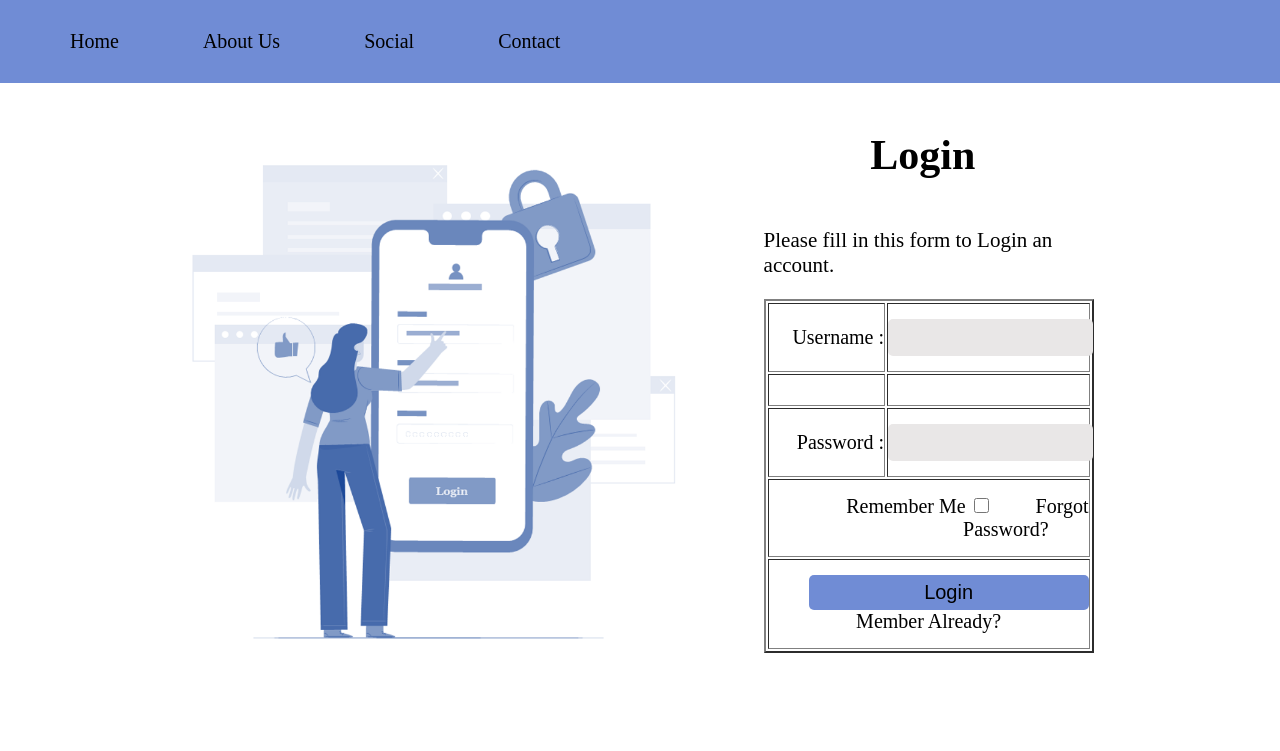
Repository: armanali13000/JAVA_CRUD
Page: http://localhost/CRUD_APP/Login.jsp
An editor plug-in stored every save of this project. The page is shown before and after the next save, followed by the edit.
The browser window is 1280 px wide. The pictures show the whole page.
The page is served by Tomcat 9.

Above is the page before, as saved 2023-03-04 14:52:22.

### CRUD_APP/src/main/webapp/Login.jsp
<%@ page language="java" contentType="text/html; charset=ISO-8859-1"
    pageEncoding="ISO-8859-1"%>
<!DOCTYPE html>
<html>
<head>
<meta charset="ISO-8859-1">
<title>Login</title>

<style>

	body
        {
            padding: 0px;
            margin: 0px;
        }
        .navbar
        {
            background: #708CD5;
            padding: 30px;
            position: sticky;
            top: 0px;

        }
        a
        {
            color: black;
            text-decoration: none;
            padding: 20px;
            margin: 20px;
            font-size: 20px;
        }
        .header {
            width: 100%;
            display: flex;
            flex-direction: column;
            align-items: center;
            font-size: 21px;
        }

        .parent {
            display: grid;
            grid-template-columns: 65% 35%;
            width: 80%;
            margin: 78px;
            margin-top: auto;
            align-items: center;
        }

        .imgTable {
            width: 80%;
            margin-left: 80px;
            margin-top: 50px;
        }

        table.formtable {
            width: 100%;
        }

        .tableDiv {
            /* border: 8px solid #708CD5; */
            padding: 20px;
        }

        td {
            padding: 15px 0px 15px 0px;
            text-align: right;

        }
		.imgDiv
		{

		}
        input {
            width: 100%;
            height: 35px;
            border: none;
            background: #e9e7e7;
            /* border-bottom: 1px solid black; */
            border-radius: 5px;
        }
        .button
        {
            width: 280px;
            margin-left: 40px;
            font-size: 20px;
            background-color: #708CD5;
        }
        .checkbox
        {
        	height: 15px;
        	width: 15px;
        }
        label
        {
        	font-size: 20px;

        }
        #l_button
        {
        	text-align: center;
        }



        @media screen and (max-width:1100px){
            .parent {
            display: block;
        }
        }

</style>


</head>
<body>

	<div class="navbar">

        <a href="#">Home</a>
        <a href="#">About Us</a>
        <a href="#">Social</a>
        <a href="#">Contact</a>

    </div>


    <div class="parent">
        <div class="imgDiv">
             <img class="imgTable" alt="image" src="images/LoginImage.png">
        </div>

        <div class="tableDiv">
            <div class="header">
                <h1>Login</h1>
                <p>Please fill in this form to Login an account.</p>
            </div>
            <form class="registration" action="Register" method="post">
                <table class="formtable" border="2px">
                    <tbody class="tableborder">
                        <tr>
                            <td><label>Username :</label></td>
                            <td><input id="input" type="text"></input></td>
                        </tr>
                        <tr>
                            <td></td>
                            <td></td>
                        </tr>
                        <tr>
                            <td><label>Password :</label></td>
                            <td><input id="input" type="password"></input></td>
                        </tr>
                        <tr>
                        	<td colspan="2">
                        		<label>Remember Me</label>
	                            <input class="checkbox" id="input" type="checkbox"></input>
	                            <a class="forgot" href="#">Forgot Password?</a>
                            </td>

                        </tr>
                        <tr>

                            <td colspan="2" id="l_button">
                            <input class="button" type="submit" value="Login"></input>
                            <a class="forgot" href="#">Member Already?</a>
                            </td>
                        </tr>
                    </tbody>
                </table>
            </form>
        </div>
    </div>

</body>
</html>

After the next save:
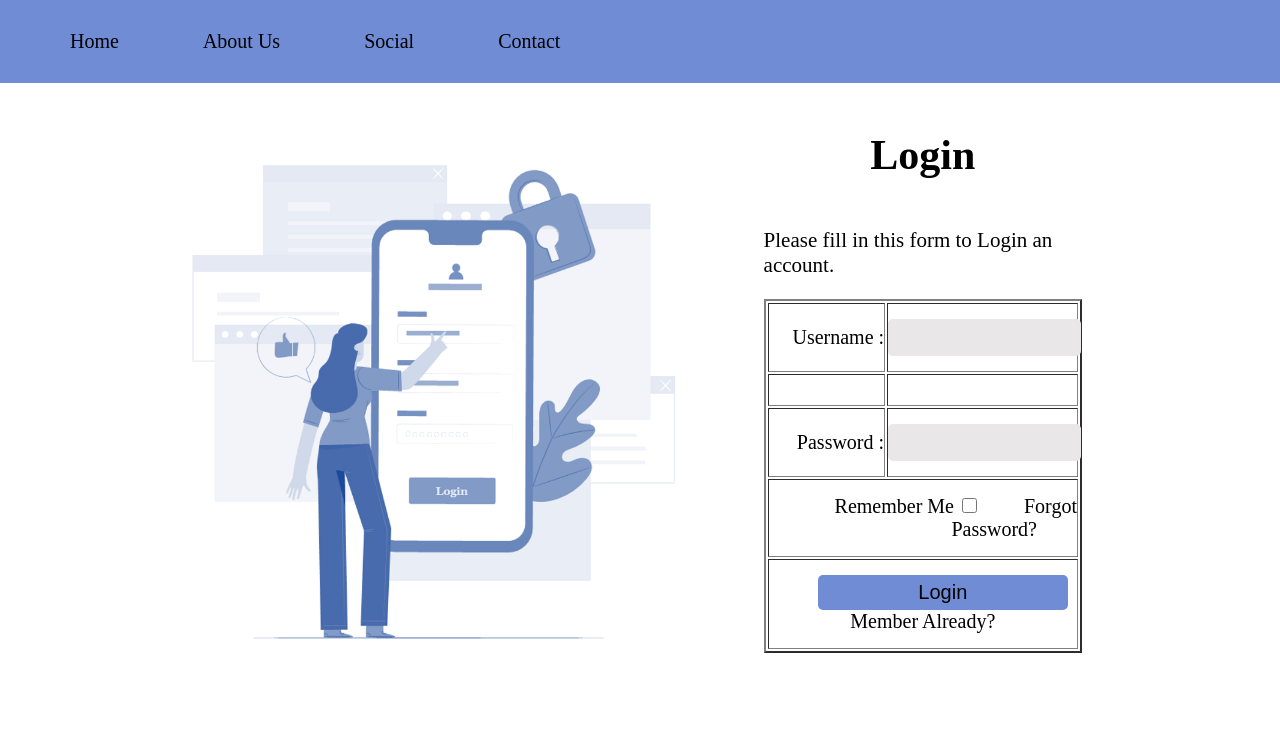
Saved 44 s later.
--- a/CRUD_APP/src/main/webapp/Login.jsp
+++ b/CRUD_APP/src/main/webapp/Login.jsp
@@ -80,7 +80,7 @@
         }
         .button
         {
-            width: 280px;
+            width: 250px;
             margin-left: 40px;
             font-size: 20px;
             background-color: #708CD5;
